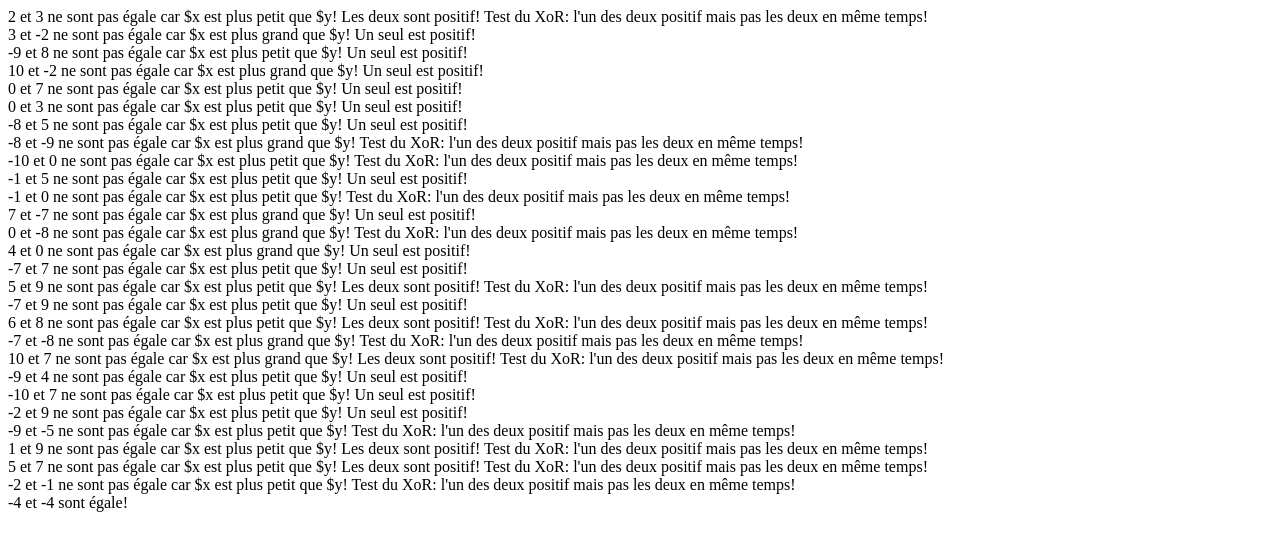
Repository: QuentinFayt/base-php-2021
Page: http://localhost/09-conditions.php
The author's editor kept a copy of each file at every save. The page is drawn from the files as they stood at one save, then again after the next save.
The browser window is 1280 px wide. The pictures show the whole page.
The page is run by PHP 8.4 with error messages shown; the project is at /var/www/html/.

Above is the page before, as saved 2021-09-03 11:09:18.

After the next save:
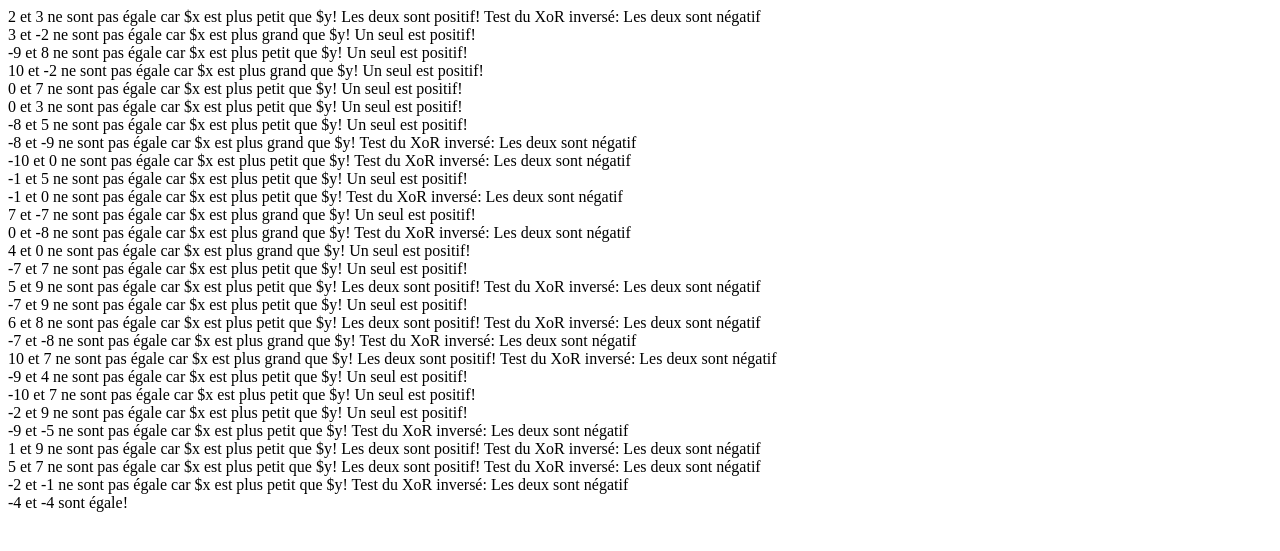
Saved 19 s later.
--- a/09-conditions.php
+++ b/09-conditions.php
@@ -14,7 +14,7 @@ do {
             echo "Un seul est positif!";
         }
         if (!(0 < $x ^ 0 < $y)) {
-            echo " Test du XoR: l'un des deux positif mais pas les deux en même temps!";
+            echo " Test du XoR inversé: Les deux sont négatif";
         }
         echo "</br>";
     }
